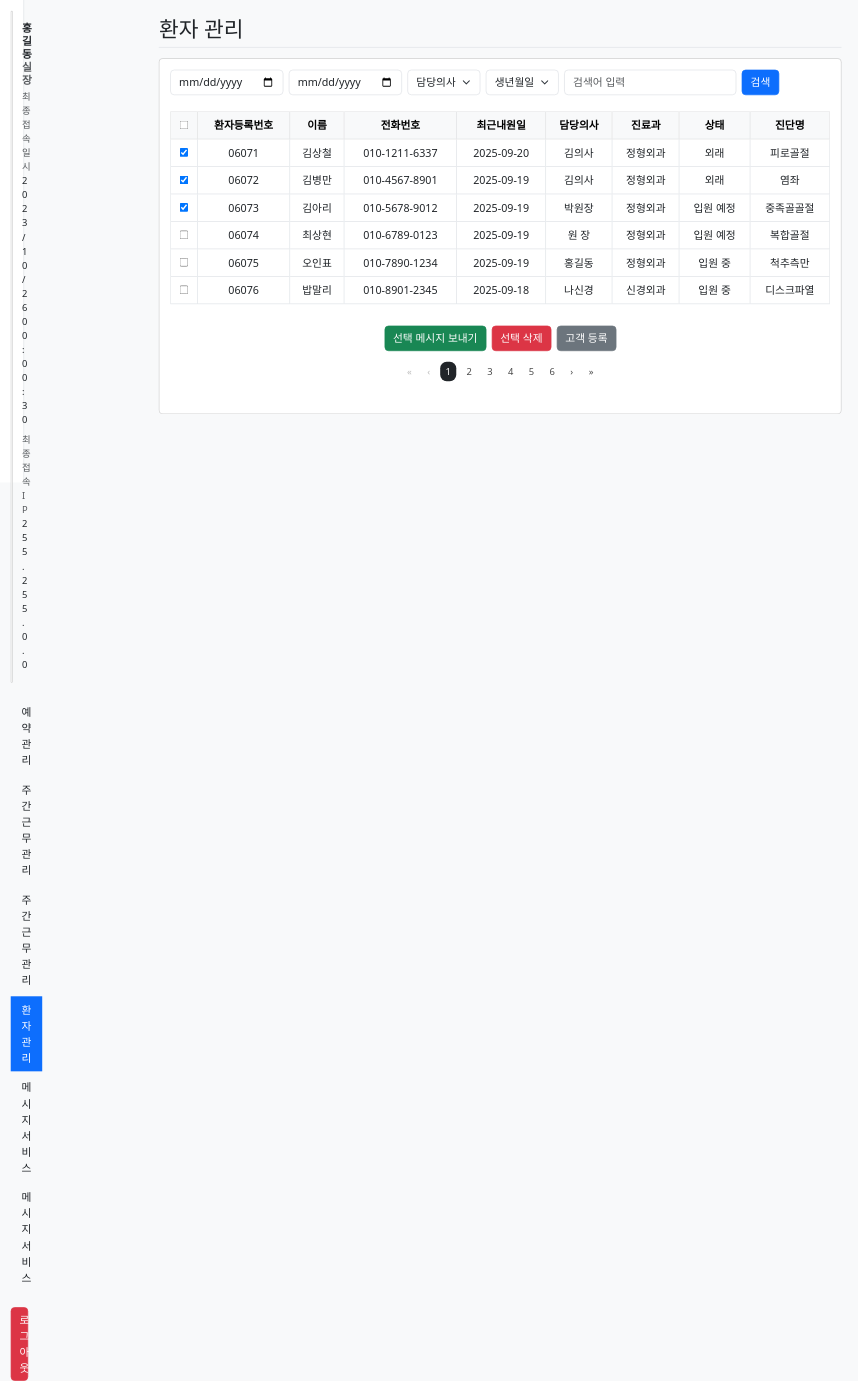
Repository: j-pyohub/LIBRARY_PROJECT
Page: CRM_Project/WebContent/patientList.html
An editor plug-in stored every save of this project. The page is shown before and after the next save, followed by the edit.
The browser window is 1280 px wide. The pictures show the whole page, at 67% of full size.

Above is the page before, as saved 2025-10-11 07:20:02.

### CRM_Project/WebContent/patientList.html
<!doctype html>
<html lang="ko">
<head>
<meta charset="utf-8">
<meta name="viewport" content="width=device-width, initial-scale=1">
<title>환자 목록</title>

<!-- ✅ Bootstrap 5.3.0 -->
<link
	href="https://cdn.jsdelivr.net/npm/bootstrap@5.3.0/dist/css/bootstrap.min.css"
	rel="stylesheet">
<style>
#pager .page-item.active .page-link {
	background: #212529;
	color: #fff;
	border-color: #212529;
	border-radius: .6rem;
}

#pager .page-item.disabled .page-link {
	color: #bbb;
	pointer-events: none;
	background: transparent;
	border-color: transparent;
}

#pager .page-link {
	border: none;
	background: transparent;
	color: #4a4a4a;
}
</style>
</head>
<body class="bg-body-tertiary">
	<div class="container-fluid">
  <div class="row">

    <!-- 여기서 사이드바를 주입 -->
    <div id="sidebar-slot" class="col-2 p-0"></div>

    <!-- 메인 -->
    <main class="col-10 p-4">
      <h2 class="mb-3 border-bottom pb-2">환자 관리</h2>
       <div class="card"><div class="card-body">
			<!-- 🔍 검색 영역 -->
			<div class="mb-4">
				<div class="d-flex flex-wrap gap-2 align-items-center">
					<input type="date" class="form-control w-auto"> <input
						type="date" class="form-control w-auto"> <select
						class="form-select w-auto">
						<option selected disabled hidden>담당의사</option>
						<option>전체</option>
						<option>김의사</option>
						<option>사공길동</option>
					</select> <select class="form-select w-auto">
						<option>생년월일</option>
						<option>이름</option>
					</select> <input type="text" class="form-control w-auto"
						placeholder="검색어 입력">
					<button class="btn btn-primary">검색</button>
				</div>
			</div>

			<!-- 🧾 환자 목록 테이블 -->
			<div class="table-responsive">
				<table class="table table-bordered align-middle text-center">
					<thead class="table-light">
						<tr>
							<th><input type="checkbox" id="selectAll"></th>
							<th>환자등록번호</th>
							<th>이름</th>
							<th>전화번호</th>
							<th>최근내원일</th>
							<th>담당의사</th>
							<th>진료과</th>
							<th>상태</th>
							<th>진단명</th>
						</tr>
					</thead>
					<tbody>
						<tr>
							<td><input type="checkbox" class="row-check" checked></td>
							<td>06071</td>
							<td>김상철</td>
							<td>010-1211-6337</td>
							<td>2025-09-20</td>
							<td>김의사</td>
							<td>정형외과</td>
							<td>외래</td>
							<td>피로골절</td>
						</tr>
						<tr>
							<td><input type="checkbox" class="row-check" checked></td>
							<td>06072</td>
							<td>김병만</td>
							<td>010-4567-8901</td>
							<td>2025-09-19</td>
							<td>김의사</td>
							<td>정형외과</td>
							<td>외래</td>
							<td>염좌</td>
						</tr>
						<tr>
							<td><input type="checkbox" class="row-check" checked></td>
							<td>06073</td>
							<td>김아리</td>
							<td>010-5678-9012</td>
							<td>2025-09-19</td>
							<td>박원장</td>
							<td>정형외과</td>
							<td>입원 예정</td>
							<td>중족골골절</td>
						</tr>
						<tr>
							<td><input type="checkbox" class="row-check"></td>
							<td>06074</td>
							<td>최상현</td>
							<td>010-6789-0123</td>
							<td>2025-09-19</td>
							<td>원 장</td>
							<td>정형외과</td>
							<td>입원 예정</td>
							<td>복합골절</td>
						</tr>
						<tr>
							<td><input type="checkbox" class="row-check"></td>
							<td>06075</td>
							<td>오인표</td>
							<td>010-7890-1234</td>
							<td>2025-09-19</td>
							<td>홍길동</td>
							<td>정형외과</td>
							<td>입원 중</td>
							<td>척추측만</td>
						</tr>
						<tr>
							<td><input type="checkbox" class="row-check"></td>
							<td>06076</td>
							<td>밥말리</td>
							<td>010-8901-2345</td>
							<td>2025-09-18</td>
							<td>나신경</td>
							<td>신경외과</td>
							<td>입원 중</td>
							<td>디스크파열</td>
						</tr>
					</tbody>
				</table>
			</div>

			<!-- ⚙ 버튼 영역 -->
			<div class="my-3 d-flex justify-content-center gap-2">
				<button class="btn btn-success">선택 메시지 보내기</button>
				<button class="btn btn-danger">선택 삭제</button>
				<button class="btn btn-secondary">고객 등록</button>
			</div>

			<!-- ✅ 페이지 이동 버튼 -->
			<nav aria-label="페이지 이동" class="d-flex justify-content-center my-3">
				<ul id="pager"
					class="pagination pagination-sm align-items-center gap-2">
					<!-- 처음 / 이전 -->
					<li class="page-item"><button class="page-link"
							data-action="first" aria-label="처음">«</button></li>
					<li class="page-item"><button class="page-link"
							data-action="prev" aria-label="이전">‹</button></li>

					<!-- 숫자들 -->
					<li class="page-item"><button class="page-link" data-page="1">1</button></li>
					<li class="page-item"><button class="page-link" data-page="2">2</button></li>
					<li class="page-item"><button class="page-link" data-page="3">3</button></li>
					<li class="page-item"><button class="page-link" data-page="4">4</button></li>
					<li class="page-item"><button class="page-link" data-page="5">5</button></li>
					<li class="page-item"><button class="page-link" data-page="6">6</button></li>

					<!-- 다음 / 마지막 -->
					<li class="page-item"><button class="page-link"
							data-action="next" aria-label="다음">›</button></li>
					<li class="page-item"><button class="page-link"
							data-action="last" aria-label="마지막">»</button></li>
				</ul>
			</nav></div></div>
			</main>
		</div>
	</div>
	<script>
	  // sidebar.html을 불러와서 #sidebar-slot에 삽입
	  async function loadSidebar(activeKey) {
	    const slot = document.getElementById('sidebar-slot');
	    const resp = await fetch('./sidebar.html'); // 경로는 프로젝트 구조에 맞게
	    const html = await resp.text();
	    slot.innerHTML = html;

	    // 활성 메뉴 표시 (data-route 값을 사용)
	    const current = slot.querySelector(`[data-route="${activeKey}"]`);
	    if (current) {
	      // 전부 초기화
	      slot.querySelectorAll('#sidebar-nav .nav-link').forEach(a=>{
	        a.classList.remove('active','bg-primary','text-white');
	        a.classList.add('text-dark');
	      });
	      // 현재만 활성
	      current.classList.add('active','bg-primary','text-white');
	      current.classList.remove('text-dark');
	    }
	  }

	  // 이 페이지의 활성 키만 바꿔주면 됨
	  loadSidebar('patientList');


//✅ 전체 선택 스크립트
document.addEventListener("DOMContentLoaded", function () {
  const selectAll = document.getElementById("selectAll");
  const rowChecks = document.querySelectorAll(".row-check");

  // 전체 선택/해제
  selectAll.addEventListener("change", function () {
    rowChecks.forEach(chk => chk.checked = selectAll.checked);
  });

  // 개별 체크박스 상태에 따라 전체선택 갱신
  rowChecks.forEach(chk => {
    chk.addEventListener("change", function () {
      selectAll.checked = [...rowChecks].every(c => c.checked);
    });
  });
});


//✅ 페이지 이동 js
(() => {
	  const pager = document.getElementById('pager');
	  const minPage = 1;
	  const maxPage = 6;
	  let current = 1; // ✅ 1페이지부터 시작

	  updateUI();

	  pager.addEventListener('click', (e) => {
	    const btn = e.target.closest('.page-link');
	    if (!btn) return;

	    const page = btn.getAttribute('data-page');
	    if (page) {
	      current = Number(page);
	      updateUI();
	      return;
	    }

	    const action = btn.getAttribute('data-action');
	    if (!action) return;

	    if (action === 'first') current = minPage;
	    if (action === 'prev')  current = Math.max(minPage, current - 1);
	    if (action === 'next')  current = Math.min(maxPage, current + 1);
	    if (action === 'last')  current = maxPage;

	    updateUI();
	  });

	  function updateUI() {
	    pager.querySelectorAll('.page-item').forEach(li => li.classList.remove('active'));
	    pager.querySelectorAll('[data-page]').forEach(btn => {
	      if (Number(btn.getAttribute('data-page')) === current) {
	        btn.parentElement.classList.add('active');
	      }
	    });
	    setDisabled('[data-action="first"],[data-action="prev"]', current === minPage);
	    setDisabled('[data-action="next"],[data-action="last"]', current === maxPage);
	  }

	  function setDisabled(selector, isDisabled) {
	    pager.querySelectorAll(selector).forEach(btn => {
	      btn.parentElement.classList.toggle('disabled', isDisabled);
	      btn.setAttribute('tabindex', isDisabled ? '-1' : '0');
	      btn.setAttribute('aria-disabled', isDisabled ? 'true' : 'false');
	    });
	  }
	})();
</script>

	<!-- Bootstrap JS -->
	<script
		src="https://cdn.jsdelivr.net/npm/bootstrap@5.3.0/dist/js/bootstrap.bundle.min.js"></script>

</body>
</html>

### CRM_Project/WebContent/sidebar.html
<meta charset="utf-8">
<!-- sidebar.html -->
<aside class="col-2 bg-white border-end vh-100 d-flex flex-column p-3">
  <!--  <div class="text-center mb-4">
    <img src="hospital_logo.png" alt="병원 로고" class="img-fluid" style="max-width:100px;">
  </div>-->

  <div class="card mb-4">
    <div class="card-body text-center">
      <h6 class="fw-bold mb-1">홍길동 <span class="text-muted">실장</span></h6>
      <div class="small text-muted">최종 접속 일시</div>
      <div class="small">2023/10/26 00:00:30</div>
      <div class="small text-muted mt-2">최종 접속 IP</div>
      <div class="small">255.255.0.0</div>
    </div>
  </div>

  <nav class="nav flex-column gap-1 mb-auto" id="sidebar-nav">
    <a href="/reserve.html" class="nav-link text-dark" data-route="reserve">예약 관리</a>
    <a href="/manageDoctorList.html"   class="nav-link text-dark" data-route="manageDoctorList">주간 근무 관리</a>
    <a href="/manageDoctorSchedule.html"   class="nav-link text-dark" data-route="manageDoctorSchedule">주간 근무 관리</a>
    <a href="/patientList.html" class="nav-link text-dark" data-route="patientList">환자 관리</a>
    <a href="/smsService.html"  class="nav-link text-dark" data-route="smsService">메시지 서비스</a>
    <a href="/smsRecord.html"  class="nav-link text-dark" data-route="smsRecord">메시지 서비스</a>
  </nav>

  <div class="mt-4 text-center">
    <button class="btn btn-danger w-100">로그아웃</button>
  </div>
</aside>

After the next save:
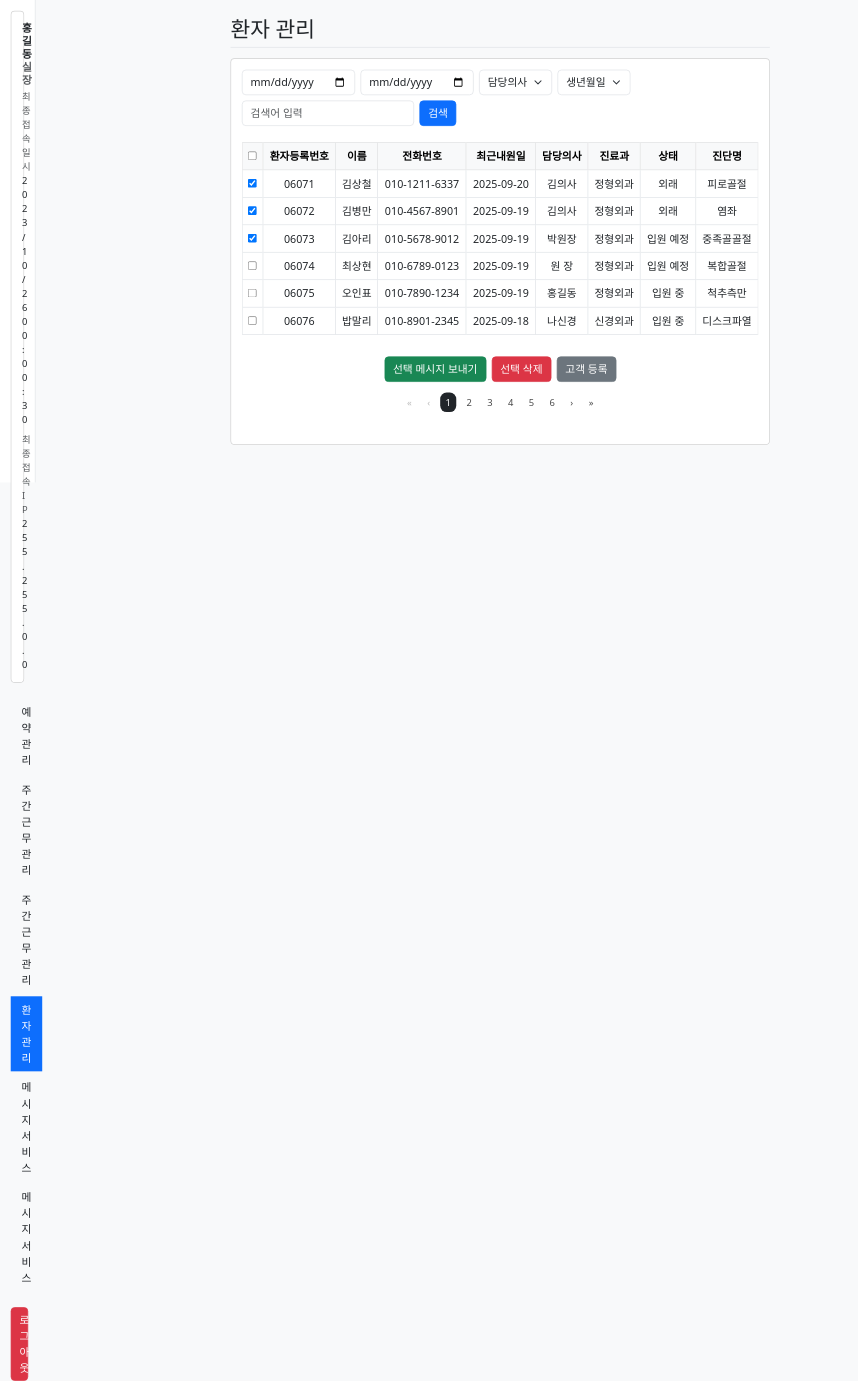
Saved 80 s later.
--- a/CRM_Project/WebContent/patientList.html
+++ b/CRM_Project/WebContent/patientList.html
@@ -36,10 +36,10 @@
   <div class="row">
 
     <!-- 여기서 사이드바를 주입 -->
-    <div id="sidebar-slot" class="col-2 p-0"></div>
+    <div id="sidebar-slot" class="col-3 p-0"></div>
 
     <!-- 메인 -->
-    <main class="col-10 p-4">
+    <main class="col-8 p-4">
       <h2 class="mb-3 border-bottom pb-2">환자 관리</h2>
        <div class="card"><div class="card-body">
 			<!-- 🔍 검색 영역 -->

After the save that followed:
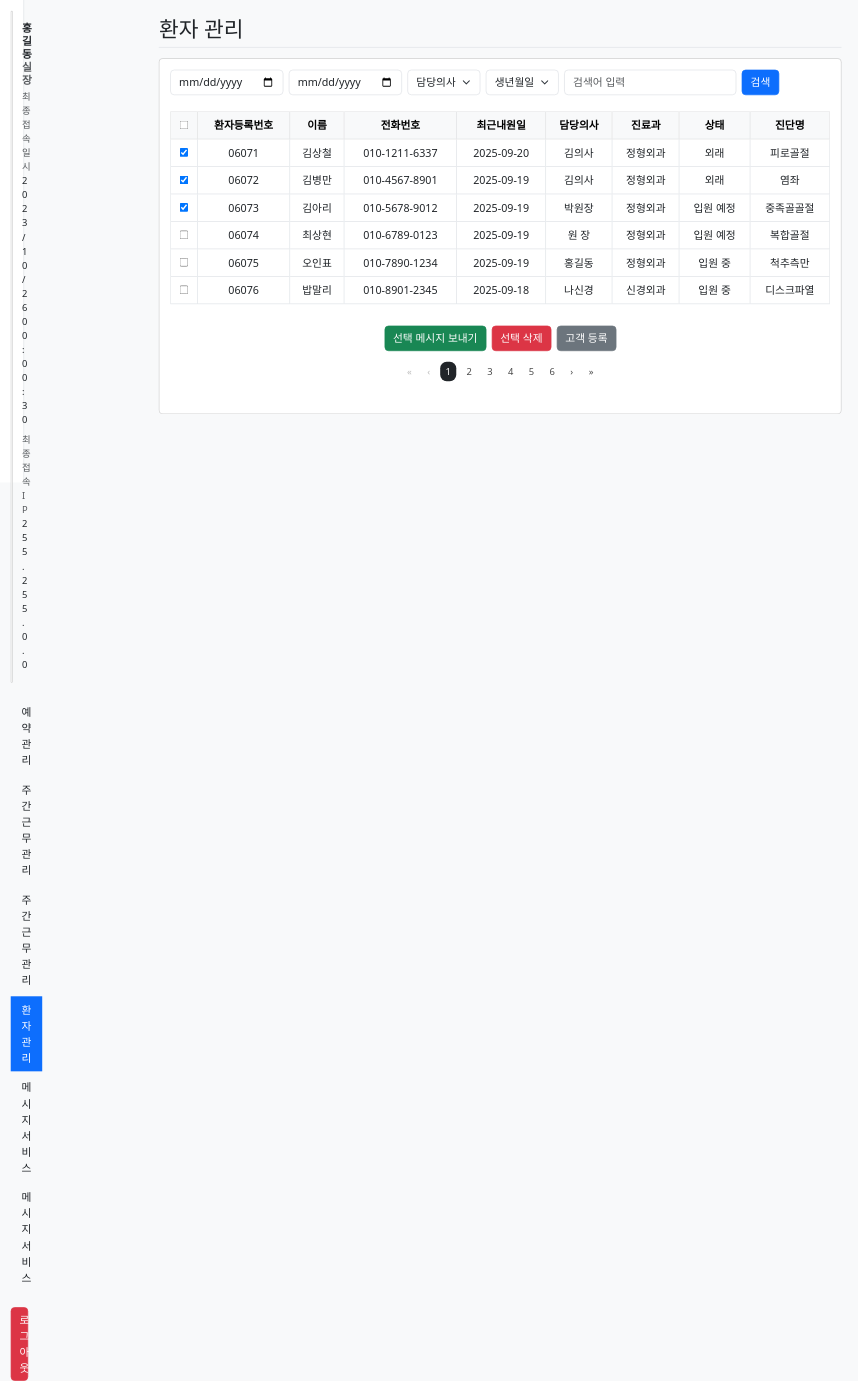
Saved 14 s later.
--- a/CRM_Project/WebContent/patientList.html
+++ b/CRM_Project/WebContent/patientList.html
@@ -36,10 +36,10 @@
   <div class="row">
 
     <!-- 여기서 사이드바를 주입 -->
-    <div id="sidebar-slot" class="col-3 p-0"></div>
+    <div id="sidebar-slot" class="col-2 p-0"></div>
 
     <!-- 메인 -->
-    <main class="col-8 p-4">
+    <main class="col-10 p-4">
       <h2 class="mb-3 border-bottom pb-2">환자 관리</h2>
        <div class="card"><div class="card-body">
 			<!-- 🔍 검색 영역 -->
